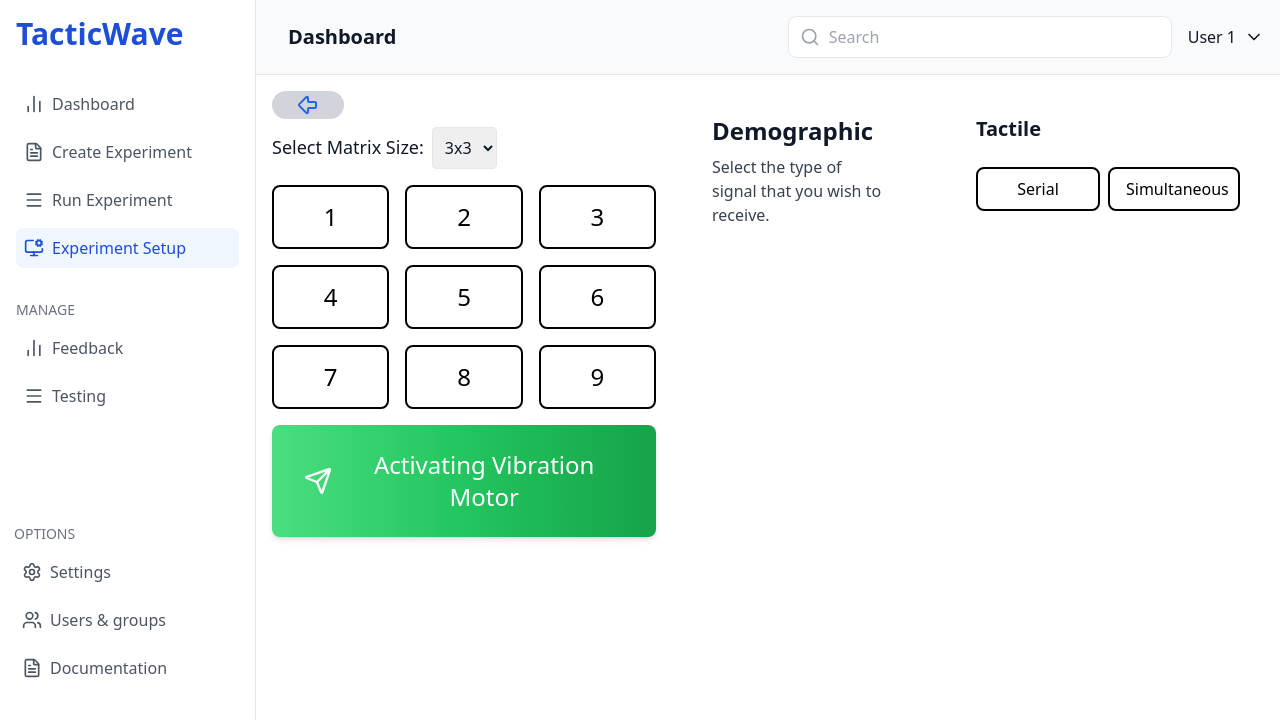
Repository: Nguyenle23/TacticWave
Page: /setup (app in Client/)
The author's editor kept a copy of each file at every save. The page is drawn from the files as they stood at one save, then again after a run of saves.
The browser window is 1280 px wide. The pictures show the whole page.
The project was rebuilt for these pictures with package versions that can differ from the ones it lists, and the page was loaded fresh each time. Also part of the build but not shown: Client/vite.config.js, Client/src/components/commons/Modal.jsx, Client/src/components/dashboard/ExperimentList/ExperimentItem.jsx, Client/src/components/dashboard/ExperimentList/ExperimentList.jsx, Client/src/components/dashboard/Statistics/StatisticsCard.jsx, Client/src/components/dashboard/Statistics/Statistics.jsx, Client/src/components/dashboard/Dashboard.jsx, Client/src/pages/DashboardPage.jsx and 7 more.

Above is the page before, as saved 2024-12-06 19:40:58.

### Client/index.html
<!doctype html>
<html lang="en">
  <head>
    <meta charset="UTF-8" />
    <link rel="icon" type="image/svg+xml" href="/vite.svg" />
    <meta name="viewport" content="width=device-width, initial-scale=1.0" />
    <title>TacticWave</title>
  </head>
  <body>
    <div id="root"></div>
    <script type="module" src="/src/main.jsx"></script>
  </body>
</html>

### Client/src/index.css
/* index.css */
@tailwind base;
@tailwind components;
@tailwind utilities;

/* Custom styles for the project */
body {
  @apply bg-gray-100 text-gray-900;
}

h1, h2, h3, h4, h5, h6 {
  @apply font-semibold;
}

a {
  @apply text-blue-600 hover:text-blue-800;
}

button {
  @apply bg-blue-600 text-white rounded-lg px-4 py-2 hover:bg-blue-700;
}

input, textarea {
  @apply border rounded-lg px-4 py-2 focus:outline-none focus:ring-2 focus:ring-blue-500;
}

### Client/src/pages/ExperimentSetupPage.jsx
import React from "react";
import { Layout } from "../components/layouts/Layout";
import { ExperimentSetup } from "../components/dashboard/ExperimentSetup/ExperimentSetup";

const ExperimentSetupPage = () => {
  return (
    <Layout>
      <ExperimentSetup />
    </Layout>
  );
};

export default ExperimentSetupPage;

### Client/src/components/layouts/Layout.jsx
//layout
import React, { useState } from 'react';
import { Sidebar } from './sidebar/Sidebar';
import { Header } from './header/Header';
import { Navbar } from './navbar/Navbar';

export const Layout = ({ children }) => {
  const [isMobileNavOpen, setIsMobileNavOpen] = useState(false);

  return (
    <div className="flex h-screen">
      <Sidebar />
      <Navbar
        isOpen={isMobileNavOpen}
        onClose={() => setIsMobileNavOpen(false)}
      />
      <div className="flex-1 flex flex-col w-full max-h-screen">
        <Header onMenuClick={() => setIsMobileNavOpen(true)} />
        <main className="flex-1 overflow-auto bg-white">
          {children}
        </main>
      </div>
    </div>
  );
};

### Client/src/components/dashboard/ExperimentSetup/ExperimentSetup.jsx
import React, { useState, useEffect } from "react";
import { Link } from "react-router-dom";
import { ArrowBigLeft, Send } from "lucide-react";
import { Button } from "../../commons/Button";
import { NodeConfiguration } from "../../commons/NodeConfiguration";
import { runExp } from "../../apis/callAPI";
import SwitchButton from "../../commons/Switch";

export const ExperimentSetup = () => {
  const [matrixSize, setMatrixSize] = useState(3);
  const [buttonProperty, setButtonProperty] = useState(1); // Initialize to default node
  const [intensity, setIntensity] = useState(0);
  const [duration, setDuration] = useState(0);
  const [order, setOrder] = useState(1);
  const [listings, setListings] = useState([]); // Tracks saved nodes
  const [error, setError] = useState("");
  const [type, setType] = useState(null); // State for Sequential/Simultaneous
  const [openSeq, setOpenSeq] = useState(false);
  const [openSerial, setOpenSerial] = useState(false);
  const [delay, setDelay] = useState(undefined);
  const [delayPerNode, setDelayPerNode] = useState(undefined);

  // Update buttonProperty when matrixSize changes
  useEffect(() => {
    setButtonProperty(null);
  }, [matrixSize]);

  const getSliderBackground = (value, max) => {
    const percentage = (value / max) * 100;
    return `linear-gradient(to right, #3B82F6 0%, #3B82F6 ${percentage}%, #E5E7EB ${percentage}%, #E5E7EB 100%)`;
  };

  const handleSwitchChange = (newState) => {
    setType(newState ? "Overlap" : "Serial");
  };

  const saveAndOut = () => {
    if (!openSerial && (!intensity || !duration)) {
      setError("Please fill out all required fields!");
      return;
    }

    const newListing = {
      node: buttonProperty,
      intensity: parseInt(intensity, 10) || 0, // Default to 0 if empty
      duration: parseFloat(duration, 10) || 0, // Default to 0 if empty
      order: order,
    };

    // Update listings to highlight saved nodes
    setListings((prevListings) => {
      const updatedListings = [...prevListings];
      const existingIndex = updatedListings.findIndex(
        (item) => item.node === buttonProperty
      );
      if (existingIndex >= 0) {
        updatedListings[existingIndex] = newListing; // Update existing entry
      } else {
        updatedListings.push(newListing); // Add new entry
      }
      return updatedListings;
    });

    // Reset fields after saving
    setButtonProperty(0); // Reset to default node if needed
    setIntensity(0);
    setDuration(0);
    setOrder(order);
  };

  // Initialize matrix orders
  const initialOrders = {};
  for (let row = 0; row < matrixSize; row++) {
    for (let col = 0; col < matrixSize; col++) {
      initialOrders[`${row}-${col}`] = row * matrixSize + col + 1;
    }
  }
  const [orders, setOrders] = useState(initialOrders);

  const handleMatrixSizeChange = (event) => {
    setListings([]);
    const size = parseInt(event.target.value, 10);
    setMatrixSize(size);
    setOrders(() => {
      const newOrders = {};
      for (let row = 0; row < size; row++) {
        for (let col = 0; col < size; col++) {
          newOrders[`${row}-${col}`] = row * size + col + 1;
        }
      }
      return newOrders;
    });
  };

  const handleClick = (row, col) => {
    const order = orders[`${row}-${col}`];
    setButtonProperty(order);
    setIntensity(0);
    setDuration(0);
  };

  const handleSimultaneous = () => {
    setOpenSeq(false);
    setOpenSerial(false);
    setDelay(undefined);
    setType("Simultaneous");
  };

  const handleSerial = () => {
    setOpenSeq(false);
    setDelay(undefined);
    setOpenSerial(true);
    setType("Serial");
  };

  const isNodeSaved = (node) => listings.some((item) => item.node === node);

  // Handle Submit button click
  const handleSubmit = async () => {
    try {
      const payload = {
        listings,
        type,
      };

      // Add delay if it is not undefined
      if (delay !== undefined) {
        payload.delay = delay;
      }

      if (type !== null && delayPerNode !== undefined) {
        // Transform listings to only include node values
        const transformedListings = listings.map((item) => item.node);
        const transformedDurations = listings.map((item) => item.duration);
        const transformedIntensities = listings.map((item) => item.intensity);

        payload.listings = transformedListings; // Replace listings with transformed array
        payload.duration = transformedDurations; // Ensure it's a number
        payload.intensity = transformedIntensities; // Ensure it's a number
        payload.delay = parseFloat(delayPerNode); // Ensure it's a number
        payload.type = type;
      }
      console.log("Payload:", payload);
      const response = await runExp(payload);
      // console.log("Response:", response.data);
      // setListingsNode(response.data);
    } catch (error) {
      console.error("Error running experiment:", error);
    }
  };

  return (
    <div className="flex flex-col md:flex-row w-full h-fit bg-gray-10 gap-8 my-4 px-4">
      <div className="md:w-2/5 w-full">
        {/* Top navigation and action buttons */}
        <div className="flex items-center justify-between mb-2">
          <Link
            to="/"
            className="px-6 py-0.5 bg-gray-300 rounded-full mr-2 hover:bg-gray-400"
          >
            <ArrowBigLeft />
          </Link>
        </div>

        <div className="mb-4">
          <label htmlFor="matrix-size" className="mr-2 text-lg font-medium">
            Select Matrix Size:
          </label>
          <select
            id="matrix-size"
            value={matrixSize}
            onChange={handleMatrixSizeChange}
            className="p-2 border rounded"
          >
            <option value="3">3x3</option>
            <option value="4">4x4</option>
            <option value="5">5x5</option>
          </select>
        </div>
        {/* <p>{JSON.stringify(type)}</p> */}

        {/* Matrix Display */}
        <div
          className={`grid grid-cols-${matrixSize} gap-4 mt-1`}
          style={{
            gridTemplateColumns: `repeat(${matrixSize}, minmax(0, 1fr))`,
          }}
        >
          {Array.from({ length: matrixSize }).map((_, row) =>
            Array.from({ length: matrixSize }).map((_, col) => {
              const node = orders[`${row}-${col}`];
              return (
                <Button
                  key={`${row}-${col}`}
                  onClick={() => handleClick(row, col)}
                  className={`w-full h-16 rounded-3xl flex items-center justify-center text-2xl font-bold transition-all duration-200 ${
                    buttonProperty === node || isNodeSaved(node)
                      ? "bg-blue-800 text-white shadow-md"
                      : "bg-white text-black hover:bg-gray-300 border-2 border-solid border-black"
                  }`}
                >
                  {node}
                </Button>
              );
            })
          )}
        </div>

        {/* Submit Button */}
        <div className="mt-4 flex items-center justify-center w-full">
          <Button
            onClick={handleSubmit}
            className="w-full px-8 py-6 bg-gradient-to-r from-green-400 via-green-500 to-green-600 text-white text-2xl font-bold rounded-full shadow-md hover:shadow-lg hover:from-green-500 hover:to-green-700 flex items-center justify-center transition-all duration-300"
          >
            <Send size={30} className="mr-3" />
            Activating Vibration Motor
          </Button>
        </div>
        {/* Sequential and Simultaneous Buttons */}
      </div>

      <div className="md:w-3/5 w-full flex flex-col">
        <div className="flex justify-between items-start p-6">
          {/* Phần "hello" bên trái */}
          <div className="w-4/12">
            <h1 className="text-2xl font-bold mb-2">Demographic</h1>
            <p className="text-gray-700">
              Select the type of signal that you wish to receive.
            </p>
          </div>

          {/* Phần bên phải theo cột */}
          <div className="w-6/12 flex flex-col space-y-4">
            {/* Nhóm Nút "Serial" và "Simultaneous" */}
            <h1 className="text-xl font-bold mb-2">Tactile</h1>
            <div className="flex space-x-2">
              <Button
                onClick={handleSerial}
                className={`w-1/2 py-2 rounded transition-all duration-200 ${
                  type === "Serial" || type === "Overlap"
                    ? "bg-blue-800 text-white shadow-md"
                    : "bg-white border-2 border-solid border-black  hover:bg-gray-300 hover:text-black"
                }`}
              >
                Serial
              </Button>
              <Button
                onClick={handleSimultaneous}
                className={`w-1/2 py-2 rounded transition-all duration-200 ${
                  type === "Simultaneous"
                    ? "bg-blue-800 text-white shadow-md"
                    : "bg-white border-2 border-solid border-black  hover:bg-gray-300 hover:text-black"
                }`}
              >
                Simultaneous
              </Button>
            </div>

            {/* Các thành phần điều kiện khi chọn Serial hoặc Overlap */}
            {(openSeq || openSerial) && (
              <div className="flex flex-col space-y-4">
                {openSeq && (
                  <div>
                    <label className="block text-lg font-medium text-gray-700 mb-2">
                      Duration (0 - 15): {delay}
                    </label>
                    <div className="relative">
                      <input
                        type="range"
                        min="0"
                        max="15"
                        value={delay}
                        onChange={(e) => setDelay(e.target.value)}
                        className="w-full h-2 bg-gray-200 rounded-lg appearance-none cursor-pointer
                               focus:outline-none focus:ring-0
                               [&::-webkit-slider-thumb]:appearance-none [&::-webkit-slider-thumb]:w-4
                               [&::-webkit-slider-thumb]:h-4 [&::-webkit-slider-thumb]:bg-blue-500
                               [&::-webkit-slider-thumb]:rounded-full [&::-webkit-slider-thumb]:cursor-pointer
                               [&::-webkit-slider-thumb]:transition-all [&::-webkit-slider-thumb]:duration-150
                               [&::-webkit-slider-thumb]:hover:scale-110
                               [&::-moz-range-thumb]:appearance-none [&::-moz-range-thumb]:w-4
                               [&::-moz-range-thumb]:h-4 [&::-moz-range-thumb]:bg-blue-500
                               [&::-moz-range-thumb]:border-0
                               [&::-moz-range-thumb]:rounded-full [&::-moz-range-thumb]:cursor-pointer
                               [&::-moz-range-thumb]:transition-all [&::-moz-range-thumb]:duration-150
                               [&::-moz-range-thumb]:hover:scale-110
                               [&::-moz-range-progress]:bg-blue-500 [&::-moz-range-progress]:rounded-l-lg
                               [&::-moz-range-track]:bg-gray-200 [&::-moz-range-track]:rounded-lg"
                        style={{
                          background: getSliderBackground(delay, 15),
                        }}
                      />
                    </div>
                  </div>
                )}

                {openSerial && (
                  <>
                    <SwitchButton
                      isOn={type === "Overlap"}
                      onSwitchChange={handleSwitchChange}
                    />

                    <div>
                      <label className="block text-lg font-medium text-gray-700 mb-2">
                        Delay between nodes (0 - 15): {delayPerNode}
                      </label>
                      <div className="relative">
                        <input
                          type="range"
                          min="0"
                          max="15"
                          step="0.1"
                          value={delayPerNode}
                          onChange={(e) => setDelayPerNode(e.target.value)}
                          className="w-full h-2 bg-gray-200 rounded-lg appearance-none cursor-pointer
                                 focus:outline-none focus:ring-0
                                 [&::-webkit-slider-thumb]:appearance-none [&::-webkit-slider-thumb]:w-4
                                 [&::-webkit-slider-thumb]:h-4 [&::-webkit-slider-thumb]:bg-blue-500
                                 [&::-webkit-slider-thumb]:rounded-full [&::-webkit-slider-thumb]:cursor-pointer
                                 [&::-webkit-slider-thumb]:transition-all [&::-webkit-slider-thumb]:duration-150
                                 [&::-webkit-slider-thumb]:hover:scale-110
                                 [&::-moz-range-thumb]:appearance-none [&::-moz-range-thumb]:w-4
                                 [&::-moz-range-thumb]:h-4 [&::-moz-range-thumb]:bg-blue-500
                                 [&::-moz-range-thumb]:border-0
                                 [&::-moz-range-thumb]:rounded-full [&::-moz-range-thumb]:cursor-pointer
                                 [&::-moz-range-thumb]:transition-all [&::-moz-range-thumb]:duration-150
                                 [&::-moz-range-thumb]:hover:scale-110
                                 [&::-moz-range-progress]:bg-blue-500 [&::-moz-range-progress]:rounded-l-lg
                                 [&::-moz-range-track]:bg-gray-200 [&::-moz-range-track]:rounded-lg"
                          style={{
                            background: getSliderBackground(delayPerNode, 15),
                          }}
                        />
                      </div>
                    </div>
                  </>
                )}
              </div>
            )}
          </div>
        </div>

        {/* Slider Controls */}

        {buttonProperty && (
          <div className="flex justify-between items-start p-6">
            <NodeConfiguration
              isSerial={openSerial}
              isEdit={false}
              nodeNumber={buttonProperty}
              intensity={intensity}
              setIntensity={setIntensity}
              duration={duration}
              setDuration={setDuration}
              order={order}
              setOrder={setOrder}
              listings={listings}
              onClose={() => setButtonProperty(1)} // Reset to default node on close
              onSave={saveAndOut}
              error={error}
            />
          </div>
        )}
      </div>
    </div>
  );
};

### Client/src/components/layouts/header/Header.jsx
import React from "react";
import { Menu, ChevronDown } from "lucide-react";
import { SearchBar } from "../../commons/SearchBar";

export const Header = ({ onMenuClick }) => {
  return (
    <div className="flex justify-between items-center p-4 border-b bg-gray-50">
      <div className="flex items-center space-x-4">
        <button onClick={onMenuClick} className="lg:hidden p-2">
          <Menu size={24} />
        </button>
        <h2 className="text-xl font-semibold">Dashboard</h2>
      </div>
      <div className="flex items-center space-x-4">
        <SearchBar className="hidden md:block w-48 lg:w-96" />
        <div className="flex items-center space-x-2 cursor-pointer">
          <span>User 1</span>
          <ChevronDown size={20} />
        </div>
      </div>
    </div>
  );
};

### Client/src/components/layouts/navbar/Navbar.jsx
import React from 'react';
// import { X } from 'lucide-react';
// import { SidebarItem } from './Sidebar';
// import { NAVIGATION_ITEMS, MANAGE_ITEMS } from '../../constants/navigation';

export const Navbar = ({ isOpen, onClose }) => {
  return (
    <div className={`lg:hidden fixed inset-0 z-50 ${isOpen ? 'block' : 'hidden'}`}>
      <div className="absolute inset-0 bg-black bg-opacity-50" onClick={onClose} />
      <div className="absolute inset-y-0 left-0 w-64 bg-white shadow-xl">
        {/* ... Same content as Sidebar but with close button ... */}
      </div>
    </div>
  );
};

### Client/src/components/apis/callAPI.jsx
import axios from "axios";

const url_base = "http://localhost:5555";

export const getAllRecords = async () => {
  try {
    const response = await axios.get(`${url_base}/record/`);
    return response;
  } catch (error) {
    console.error("Server Response:", error.response.data);
    throw error;
  }
};

export const createRecord = async (data) => {
  try {
    const response = await axios.post(`${url_base}/record/`, data);
    return response;
  } catch (error) {
    console.error("Server Response:", error.response.data);
    throw error;
  }
};

export const submitFeedback = async (data) => {
  try {
    console.log(data);
    const response = await axios.post(`${url_base}/feedback/`, data);
    return response;
  } catch (error) {
    console.error("Server Response:", error.response.data);
    throw error;
  }
}

export const runExp = async (data) => {
  try {
    const response = await axios.post(`${url_base}/runexp/`, data);
    return response;
  } catch (error) {
    console.error("Server Response:", error.response.data);
    throw error;
  }
};

### Client/src/components/commons/Button.jsx
//button
import React from 'react';

export const Button = ({
  children,
  variant = 'primary',
  className = '',
  ...props
}) => {
  const baseStyles = 'px-4 py-2 rounded-lg font-medium transition-colors';
  const variants = {
    primary: 'bg-blue-600 text-black hover:bg-blue-700',
    secondary: 'text-white-600 hover:text-black-700',
  };

  return (
    <button
      className={`${baseStyles} ${variants[variant]} ${className}`}
      {...props}
    >
      {children}
    </button>
  );
};

### Client/src/constants/navigation.jsx
export const NAVIGATION_ITEMS = [
  { icon: 'BarChart2', label: 'Dashboard', path: '/' },
  { icon: 'FileText', label: 'Create Experiment', path: '/matrix' },
  { icon: 'Menu', label: 'Run Experiment', path: '/run' },
  { icon: 'MonitorCogIcon', label: 'Experiment Setup', path: '/setup' },
];

export const MANAGE_ITEMS = [
  { icon: 'BarChart2', label: 'Feedback', path: '/manage/dashboard' },
  { icon: 'Menu', label: 'Testing', path: '/manage/run' },
];

export const OPTION_ITEMS = [
  { icon: 'Settings', label: 'Settings', path: '/manage/settings' },
  { icon: 'Users', label: 'Users & groups', path: '/manage/users' },
  { icon: 'FileText', label: 'Documentation', path: '/manage/docs' },
];

### Client/src/components/layouts/sidebar/SidebarItem.jsx
import React from "react";
import * as Icons from "lucide-react";
import { useLocation } from "react-router-dom";

export const SidebarItem = ({ icon, label, path, onClick }) => {
  const Icon = Icons[icon];
  const location = useLocation();
  const active = location.pathname === path;

  const handleClick = (e) => {
    if (onClick) {
      e.preventDefault(); // Prevent default navigation
      onClick(); // Trigger the modal or custom behavior
    }
  };

  return (
    <a
      href={path} // Use `href` to maintain a clickable link for accessibility
      onClick={handleClick}
      className={`flex items-center space-x-2 p-2 rounded-lg cursor-pointer
        ${active ? 'bg-blue-50 text-blue-700' : 'text-gray-600 hover:bg-gray-100'}`}
    >
      <Icon size={20} />
      <span>{label}</span>
    </a>
  );
};

### Client/src/components/commons/SearchBar.jsx
import React from 'react';
import { Search } from 'lucide-react';

export const SearchBar = ({ className = '', ...props }) => {
  return (
    <div className={`relative ${className}`}>
      <Search
        className="absolute left-3 top-1/2 transform -translate-y-1/2 text-gray-400"
        size={20}
      />
      <input
        type="text"
        placeholder="Search"
        className="pl-10 pr-4 py-2 border rounded-lg w-full focus:outline-none focus:ring-2 focus:ring-blue-500"
        {...props}
      />
    </div>
  );
};

Loaded but not shown: Client/src/main.jsx (common file); Client/tailwind.config.js (10 lines, source omitted); Client/src/components/commons/NodeConfiguration.jsx (149 lines, source omitted); Client/src/App.jsx (122 lines, source omitted); Client/src/components/layouts/sidebar/Sidebar.jsx (73 lines, source omitted)

After the next 3 saves:
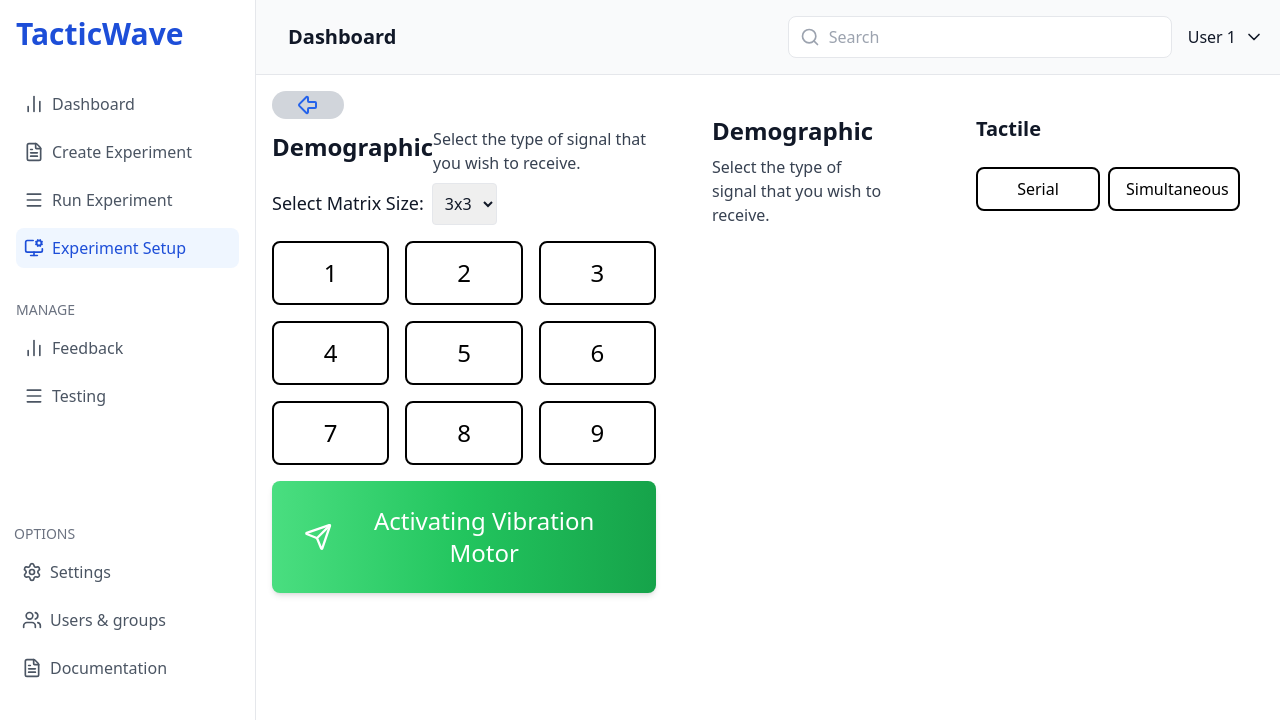
The 3 saves are shown as one change because 2 did not build or start.
The last was saved 17 min 35 s later.
--- a/Client/src/components/dashboard/ExperimentSetup/ExperimentSetup.jsx
+++ b/Client/src/components/dashboard/ExperimentSetup/ExperimentSetup.jsx
@@ -161,6 +161,17 @@ export const ExperimentSetup = () => {
             <ArrowBigLeft />
           </Link>
         </div>
+
+        {/* Setup demographic*/}
+        <div className = "flex items-center justify-between mb-2">
+
+              <h1 className="text-2xl font-bold mb-2">Demographic</h1>
+              <p className="text-gray-700">
+                Select the type of signal that you wish to receive.
+              </p>
+        </div>
+
+
 
         <div className="mb-4">
           <label htmlFor="matrix-size" className="mr-2 text-lg font-medium">
